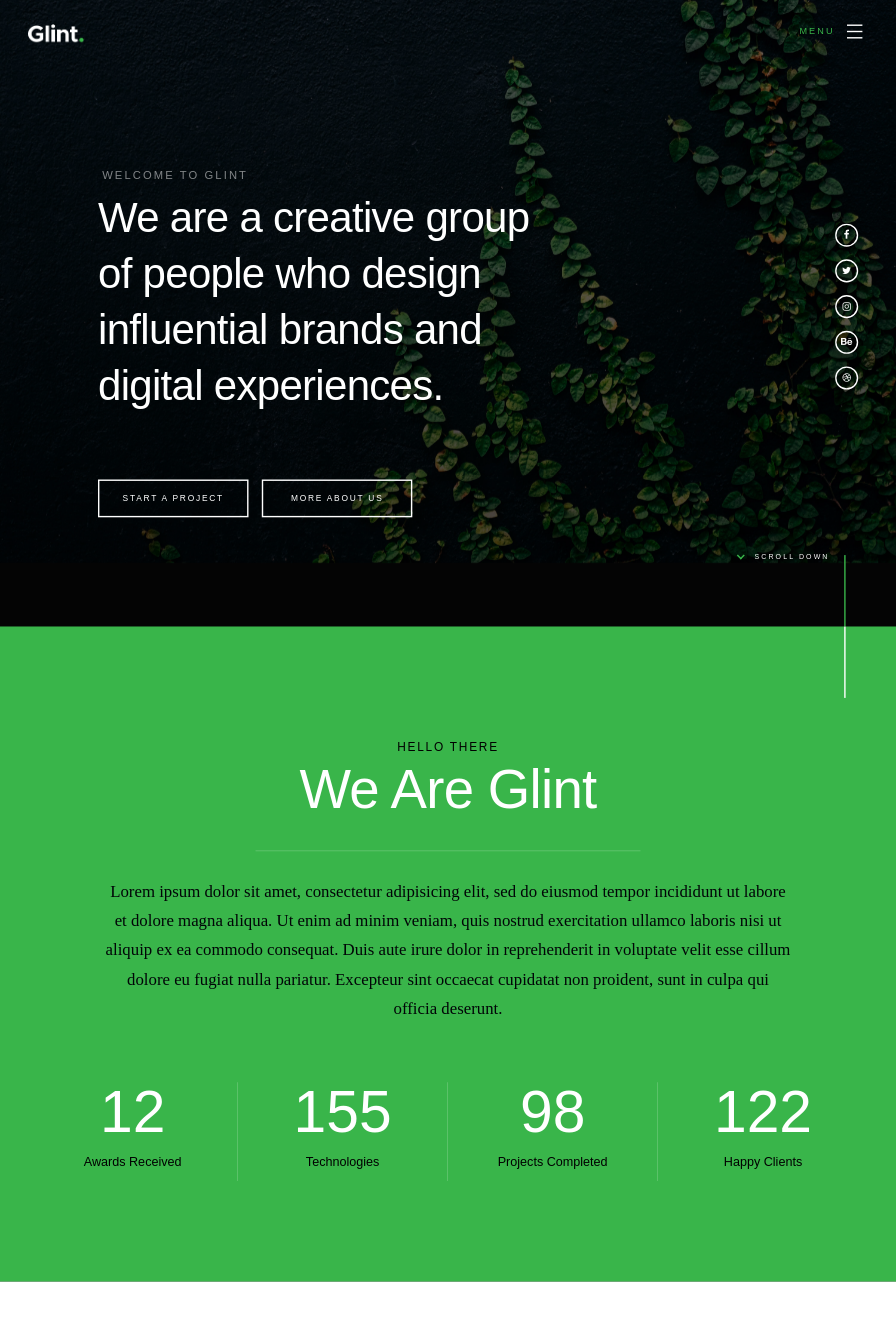
Repository: ahsankalim09/light-Agency
Page: index.html
The author's editor kept a copy of each file at every save. The page is drawn from the files as they stood at one save, then again after the next save.
The browser window is 1280 px wide. The pictures show the part of the page from y = 0 to 1920 px (the page is 8556 px tall), at 70% of full size.
Some web fonts or font styles are not loaded; a fallback is used.

Above is the page before, as saved 2020-12-27 18:46:24.

### index.html
<!DOCTYPE html>
<!--[if lt IE 9 ]><html class="no-js oldie" lang="en"> <![endif]-->
<!--[if IE 9 ]><html class="no-js oldie ie9" lang="en"> <![endif]-->
<!--[if (gte IE 9)|!(IE)]><!-->
<html class="no-js" lang="en">
<!--<![endif]-->

<!-- Mirrored from preview.colorlib.com/theme/glint/ by HTTrack Website Copier/3.x [XR&CO'2014], Sun, 27 Dec 2020 13:01:51 GMT -->
<head>

<meta charset="utf-8">
<title>Glint</title>
<meta name="description" content="">
<meta name="author" content="">

<meta name="viewport" content="width=device-width, initial-scale=1">

<link rel="stylesheet" href="css/base.css">
<link rel="stylesheet" href="css/vendor.css">
<link rel="stylesheet" href="css/main.css">

<script src="js/modernizr.js"></script>
<script src="js/pace.min.js"></script>

<link rel="shortcut icon" href="favicon.ico" type="image/x-icon">
<link rel="icon" href="favicon.ico" type="image/x-icon">
</head>
<body id="top">

<header class="s-header">
<div class="header-logo">
<a class="site-logo" href="index-2.html">
<img src="images/logo.png" alt="Homepage">
</a>
</div>
<nav class="header-nav">
<a href="#0" class="header-nav__close" title="close"><span>Close</span></a>
<div class="header-nav__content">
<h3>Navigation</h3>
<ul class="header-nav__list">
<li class="current"><a class="smoothscroll" href="#home" title="home">Home</a></li>
<li><a class="smoothscroll" href="#about" title="about">About</a></li>
<li><a class="smoothscroll" href="#services" title="services">Services</a></li>
<li><a class="smoothscroll" href="#works" title="works">Works</a></li>
<li><a class="smoothscroll" href="#clients" title="clients">Clients</a></li>
<li><a class="smoothscroll" href="#contact" title="contact">Contact</a></li>
</ul>
<p>Perspiciatis hic praesentium nesciunt. Et neque a dolorum <a href='#0'>voluptatem</a> porro iusto sequi veritatis libero enim. Iusto id suscipit veritatis neque reprehenderit.</p>
<ul class="header-nav__social">
<li>
<a href="#"><i class="fa fa-facebook"></i></a>
</li>
<li>
<a href="#"><i class="fa fa-twitter"></i></a>
</li>
<li>
<a href="#"><i class="fa fa-instagram"></i></a>
</li>
<li>
<a href="#"><i class="fa fa-behance"></i></a>
</li>
<li>
<a href="#"><i class="fa fa-dribbble"></i></a>
</li>
</ul>
</div>
</nav>
<a class="header-menu-toggle" href="#0">
<span class="header-menu-text">Menu</span>
<span class="header-menu-icon"></span>
</a>
</header>

<section id="home" class="s-home target-section" data-parallax="scroll" data-image-src="images/hero-bg.jpg" data-natural-width=3000 data-natural-height=2000 data-position-y=center>
<div class="overlay"></div>
<div class="shadow-overlay"></div>
<div class="home-content">
<div class="row home-content__main">
<h3>Welcome to Glint</h3>
<h1>
We are a creative group <br>
of people who design <br>
influential brands and <br>
digital experiences.
</h1>
<div class="home-content__buttons">
<a href="#contact" class="smoothscroll btn btn--stroke">
Start a Project
</a>
<a href="#about" class="smoothscroll btn btn--stroke">
More About Us
</a>
</div>
</div>
<div class="home-content__scroll">
<a href="#about" class="scroll-link smoothscroll">
<span>Scroll Down</span>
</a>
</div>
<div class="home-content__line"></div>
</div>
<ul class="home-social">
<li>
<a href="#0"><i class="fa fa-facebook" aria-hidden="true"></i><span>Facebook</span></a>
</li>
<li>
<a href="#0"><i class="fa fa-twitter" aria-hidden="true"></i><span>Twiiter</span></a>
</li>
<li>
<a href="#0"><i class="fa fa-instagram" aria-hidden="true"></i><span>Instagram</span></a>
</li>
<li>
<a href="#0"><i class="fa fa-behance" aria-hidden="true"></i><span>Behance</span></a>
</li>
<li>
<a href="#0"><i class="fa fa-dribbble" aria-hidden="true"></i><span>Dribbble</span></a>
</li>
</ul>

</section>

<section id='about' class="s-about">
<div class="row section-header has-bottom-sep" data-aos="fade-up">
<div class="col-full">
<h3 class="subhead subhead--dark">Hello There</h3>
<h1 class="display-1 display-1--light">We Are Glint</h1>
</div>
</div>
<div class="row about-desc" data-aos="fade-up">
<div class="col-full">
<p>
Lorem ipsum dolor sit amet, consectetur adipisicing elit, sed do eiusmod tempor incididunt ut labore et dolore magna aliqua. Ut enim ad minim veniam, quis nostrud exercitation ullamco laboris nisi ut aliquip ex ea commodo consequat. Duis aute irure dolor in reprehenderit in voluptate velit esse cillum dolore eu fugiat nulla pariatur. Excepteur sint occaecat cupidatat non proident, sunt in culpa qui officia deserunt.
</p>
</div>
</div>
<div class="row about-stats stats block-1-4 block-m-1-2 block-mob-full" data-aos="fade-up">
<div class="col-block stats__col ">
<div class="stats__count">12</div>
<h5>Awards Received</h5>
</div>
<div class="col-block stats__col">
<div class="stats__count">155</div>
<h5>Technologies</h5>
</div>
<div class="col-block stats__col">
<div class="stats__count">98</div>
<h5>Projects Completed</h5>
</div>
<div class="col-block stats__col">
<div class="stats__count">122</div>
<h5>Happy Clients</h5>
</div>
</div>
<div class="about__line"></div>
</section>

<section id='services' class="s-services">
<div class="row section-header has-bottom-sep" data-aos="fade-up">
<div class="col-full">
<h3 class="subhead">What We Do</h3>
<h1 class="display-2">We’ve got everything you need to launch and grow your business</h1>
</div>
</div>
<div class="row services-list block-1-2 block-tab-full">
<div class="col-block service-item" data-aos="fade-up">
<div class="service-icon">
<i class="icon-paint-brush"></i>
</div>
<div class="service-text">
<h3 class="h2">Brand Identity</h3>
<p>Nemo cupiditate ab quibusdam quaerat impedit magni. Earum suscipit ipsum laudantium.
Quo delectus est. Maiores voluptas ab sit natus veritatis ut. Debitis nulla cumque veritatis.
Sunt suscipit voluptas ipsa in tempora esse soluta sint.
</p>
</div>
</div>
<div class="col-block service-item" data-aos="fade-up">
<div class="service-icon">
<i class="icon-group"></i>
</div>
<div class="service-text">
<h3 class="h2">Illustration</h3>
<p>Nemo cupiditate ab quibusdam quaerat impedit magni. Earum suscipit ipsum laudantium.
Quo delectus est. Maiores voluptas ab sit natus veritatis ut. Debitis nulla cumque veritatis.
Sunt suscipit voluptas ipsa in tempora esse soluta sint.
</p>
</div>
</div>
<div class="col-block service-item" data-aos="fade-up">
<div class="service-icon">
<i class="icon-megaphone"></i>
</div>
<div class="service-text">
<h3 class="h2">Marketing</h3>
<p>Nemo cupiditate ab quibusdam quaerat impedit magni. Earum suscipit ipsum laudantium.
Quo delectus est. Maiores voluptas ab sit natus veritatis ut. Debitis nulla cumque veritatis.
Sunt suscipit voluptas ipsa in tempora esse soluta sint.
</p>
</div>
</div>
<div class="col-block service-item" data-aos="fade-up">
<div class="service-icon">
<i class="icon-earth"></i>
</div>
<div class="service-text">
<h3 class="h2">Web Design</h3>
<p>Nemo cupiditate ab quibusdam quaerat impedit magni. Earum suscipit ipsum laudantium.
Quo delectus est. Maiores voluptas ab sit natus veritatis ut. Debitis nulla cumque veritatis.
Sunt suscipit voluptas ipsa in tempora esse soluta sint.
</p>
</div>
</div>
<div class="col-block service-item" data-aos="fade-up">
<div class="service-icon">
<i class="icon-cube"></i>
</div>
<div class="service-text">
<h3 class="h2">Packaging Design</h3>
<p>Nemo cupiditate ab quibusdam quaerat impedit magni. Earum suscipit ipsum laudantium.
Quo delectus est. Maiores voluptas ab sit natus veritatis ut. Debitis nulla cumque veritatis.
Sunt suscipit voluptas ipsa in tempora esse soluta sint.
</p>
</div>
</div>
<div class="col-block service-item" data-aos="fade-up">
<div class="service-icon"><i class="icon-lego-block"></i></div>
<div class="service-text">
<h3 class="h2">Web Development</h3>
<p>Nemo cupiditate ab quibusdam quaerat impedit magni. Earum suscipit ipsum laudantium.
Quo delectus est. Maiores voluptas ab sit natus veritatis ut. Debitis nulla cumque veritatis.
Sunt suscipit voluptas ipsa in tempora esse soluta sint.
</p>
</div>
</div>
</div>
</section>

<section id='works' class="s-works">
<div class="intro-wrap">
<div class="row section-header has-bottom-sep light-sep" data-aos="fade-up">
<div class="col-full">
<h3 class="subhead">Recent Works</h3>
<h1 class="display-2 display-2--light">We love what we do, check out some of our latest works</h1>
</div>
</div>
</div>
<div class="row works-content">
<div class="col-full masonry-wrap">
<div class="masonry">
<div class="masonry__brick" data-aos="fade-up">
<div class="item-folio">
<div class="item-folio__thumb">
<a href="images/portfolio/gallery/g-shutterbug.jpg" class="thumb-link" title="Shutterbug" data-size="1050x700">
<img src="images/portfolio/lady-shutterbug.jpg" srcset="images/portfolio/lady-shutterbug.jpg 1x, images/portfolio/lady-shutterbug@2x.jpg 2x" alt="">
</a>
</div>
<div class="item-folio__text">
<h3 class="item-folio__title">
Shutterbug
</h3>
<p class="item-folio__cat">
Branding
</p>
</div>
<a href="https://www.behance.net/" class="item-folio__project-link" title="Project link">
<i class="icon-link"></i>
</a>
<div class="item-folio__caption">
<p>Vero molestiae sed aut natus excepturi. Et tempora numquam. Temporibus iusto quo.Unde dolorem corrupti neque nisi.</p>
</div>
</div>
</div>
<div class="masonry__brick" data-aos="fade-up">
<div class="item-folio">
<div class="item-folio__thumb">
<a href="images/portfolio/gallery/g-woodcraft.jpg" class="thumb-link" title="Woodcraft" data-size="1050x700">
<img src="images/portfolio/woodcraft.jpg" srcset="images/portfolio/woodcraft.jpg 1x, images/portfolio/woodcraft@2x.jpg 2x" alt="">
</a>
</div>
<div class="item-folio__text">
<h3 class="item-folio__title">
Woodcraft
</h3>
<p class="item-folio__cat">
Web Design
</p>
</div>
<a href="https://www.behance.net/" class="item-folio__project-link" title="Project link">
<i class="icon-link"></i>
</a>
<div class="item-folio__caption">
<p>Vero molestiae sed aut natus excepturi. Et tempora numquam. Temporibus iusto quo.Unde dolorem corrupti neque nisi.</p>
</div>
</div>
</div>
<div class="masonry__brick" data-aos="fade-up">
<div class="item-folio">
<div class="item-folio__thumb">
<a href="images/portfolio/gallery/g-beetle.jpg" class="thumb-link" title="The Beetle Car" data-size="1050x700">
<img src="images/portfolio/the-beetle.jpg" srcset="images/portfolio/the-beetle.jpg 1x, images/portfolio/the-beetle@2x.jpg 2x" alt="">
</a>
</div>
<div class="item-folio__text">
<h3 class="item-folio__title">
The Beetle
</h3>
<p class="item-folio__cat">
Web Development
</p>
</div>
<a href="https://www.behance.net/" class="item-folio__project-link" title="Project link">
<i class="icon-link"></i>
</a>
<div class="item-folio__caption">
<p>Vero molestiae sed aut natus excepturi. Et tempora numquam. Temporibus iusto quo.Unde dolorem corrupti neque nisi.</p>
</div>
</div>
</div>
<div class="masonry__brick" data-aos="fade-up">
<div class="item-folio">
<div class="item-folio__thumb">
<a href="images/portfolio/gallery/g-grow-green.jpg" class="thumb-link" title="Grow Green" data-size="1050x700">
<img src="images/portfolio/grow-green.jpg" srcset="images/portfolio/grow-green.jpg 1x, images/portfolio/grow-green@2x.jpg 2x" alt="">
</a>
</div>
<div class="item-folio__text">
<h3 class="item-folio__title">
Grow Green
</h3>
<p class="item-folio__cat">
Branding
</p>
</div>
<a href="https://www.behance.net/" class="item-folio__project-link" title="Project link">
<i class="icon-link"></i>
</a>
<div class="item-folio__caption">
<p>Vero molestiae sed aut natus excepturi. Et tempora numquam. Temporibus iusto quo.Unde dolorem corrupti neque nisi.</p>
</div>
</div>
</div>
<div class="masonry__brick" data-aos="fade-up">
<div class="item-folio">
<div class="item-folio__thumb">
<a href="images/portfolio/gallery/g-guitarist.jpg" class="thumb-link" title="Guitarist" data-size="1050x700">
<img src="images/portfolio/guitarist.jpg" srcset="images/portfolio/guitarist.jpg 1x, images/portfolio/guitarist@2x.jpg 2x" alt="">
</a>
</div>
<div class="item-folio__text">
<h3 class="item-folio__title">
Guitarist
</h3>
<p class="item-folio__cat">
Web Design
</p>
</div>
<a href="https://www.behance.net/" class="item-folio__project-link" title="Project link">
<i class="icon-link"></i>
</a>
<div class="item-folio__caption">
<p>Vero molestiae sed aut natus excepturi. Et tempora numquam. Temporibus iusto quo.Unde dolorem corrupti neque nisi.</p>
</div>
</div>
</div>
<div class="masonry__brick" data-aos="fade-up">
<div class="item-folio">
<div class="item-folio__thumb">
<a href="images/portfolio/gallery/g-palmeira.jpg" class="thumb-link" title="Palmeira" data-size="1050x700">
<img src="images/portfolio/palmeira.jpg" srcset="images/portfolio/palmeira.jpg 1x, images/portfolio/palmeira@2x.jpg 2x" alt="">
 </a>
</div>
<div class="item-folio__text">
<h3 class="item-folio__title">
Palmeira
</h3>
<p class="item-folio__cat">
Web Design
</p>
</div>
<a href="https://www.behance.net/" class="item-folio__project-link" title="Project link">
<i class="icon-link"></i>
</a>
<div class="item-folio__caption">
<p>Vero molestiae sed aut natus excepturi. Et tempora numquam. Temporibus iusto quo.Unde dolorem corrupti neque nisi.</p>
</div>
</div>
</div>
</div>
</div>
</div>
</section>

<section id="clients" class="s-clients">
<div class="row section-header" data-aos="fade-up">
<div class="col-full">
<h3 class="subhead">Our Clients</h3>
<h1 class="display-2">Glint has been honored to
partner up with these clients</h1>
</div>
</div>
<div class="row clients-outer" data-aos="fade-up">
<div class="col-full">
<div class="clients">
<a href="#0" title="" class="clients__slide"><img src="images/clients/apple.png" /></a>
<a href="#0" title="" class="clients__slide"><img src="images/clients/atom.png" /></a>
<a href="#0" title="" class="clients__slide"><img src="images/clients/blackberry.png" /></a>
<a href="#0" title="" class="clients__slide"><img src="images/clients/dropbox.png" /></a>
<a href="#0" title="" class="clients__slide"><img src="images/clients/envato.png" /></a>
<a href="#0" title="" class="clients__slide"><img src="images/clients/firefox.png" /></a>
<a href="#0" title="" class="clients__slide"><img src="images/clients/joomla.png" /></a>
<a href="#0" title="" class="clients__slide"><img src="images/clients/magento.png" /></a>
</div>
</div>
</div>
<div class="row clients-testimonials" data-aos="fade-up">
<div class="col-full">
<div class="testimonials">
<div class="testimonials__slide">
<p>Qui ipsam temporibus quisquam vel. Maiores eos cumque distinctio nam accusantium ipsum.
Laudantium quia consequatur molestias delectus culpa facere hic dolores aperiam. Accusantium quos qui praesentium corpori.
Excepturi nam cupiditate culpa doloremque deleniti repellat.</p>
<img src="images/avatars/user-01.jpg" alt="Author image" class="testimonials__avatar">
<div class="testimonials__info">
<span class="testimonials__name">Tim Cook</span>
<span class="testimonials__pos">CEO, Apple</span>
</div>
</div>
<div class="testimonials__slide">
<p>Excepturi nam cupiditate culpa doloremque deleniti repellat. Veniam quos repellat voluptas animi adipisci.
Nisi eaque consequatur. Quasi voluptas eius distinctio. Atque eos maxime. Qui ipsam temporibus quisquam vel.</p>
<img src="images/avatars/user-05.jpg" alt="Author image" class="testimonials__avatar">
<div class="testimonials__info">
<span class="testimonials__name">Sundar Pichai</span>
<span class="testimonials__pos">CEO, Google</span>
</div>
</div>
<div class="testimonials__slide">
<p>Repellat dignissimos libero. Qui sed at corrupti expedita voluptas odit. Nihil ea quia nesciunt. Ducimus aut sed ipsam.
Autem eaque officia cum exercitationem sunt voluptatum accusamus. Quasi voluptas eius distinctio.</p>
<img src="images/avatars/user-02.jpg" alt="Author image" class="testimonials__avatar">
<div class="testimonials__info">
<span class="testimonials__name">Satya Nadella</span>
<span class="testimonials__pos">CEO, Microsoft</span>
</div>
</div>
</div>
</div>
</div>
</section>

<section id="contact" class="s-contact">
<div class="overlay"></div>
<div class="contact__line"></div>
<div class="row section-header" data-aos="fade-up">
<div class="col-full">
<h3 class="subhead">Contact Us</h3>
<h1 class="display-2 display-2--light">Reach out for a new project or just say hello</h1>
</div>
</div>
<div class="row contact-content" data-aos="fade-up">
<div class="contact-primary">
<h3 class="h6">Send Us A Message</h3>
<form name="contactForm" id="contactForm" method="post" action="#" novalidate="novalidate">
<fieldset>
<div class="form-field">
<input name="contactName" type="text" id="contactName" placeholder="Your Name" value="" minlength="2" required="" aria-required="true" class="full-width">
</div>
<div class="form-field">
<input name="contactEmail" type="email" id="contactEmail" placeholder="Your Email" value="" required="" aria-required="true" class="full-width">
</div>
<div class="form-field">
<input name="contactSubject" type="text" id="contactSubject" placeholder="Subject" value="" class="full-width">
</div>
<div class="form-field">
<textarea name="contactMessage" id="contactMessage" placeholder="Your Message" rows="10" cols="50" required="" aria-required="true" class="full-width"></textarea>
</div>
<div class="form-field">
<button class="full-width btn--primary">Submit</button>
<div class="submit-loader">
<div class="text-loader">Sending...</div>
<div class="s-loader">
<div class="bounce1"></div>
<div class="bounce2"></div>
<div class="bounce3"></div>
</div>
</div>
</div>
</fieldset>
</form>

<div class="message-warning">
Something went wrong. Please try again.
</div>

 <div class="message-success">
Your message was sent, thank you!<br>
</div>
</div>
<div class="contact-secondary">
<div class="contact-info">
<h3 class="h6 hide-on-fullwidth">Contact Info</h3>
<div class="cinfo">
<h5>Where to Find Us</h5>
<p>
1600 Amphitheatre Parkway<br>
Mountain View, CA<br>
94043 US
</p>
</div>
<div class="cinfo">
<h5>Email Us At</h5>
<p>
<a href="https://preview.colorlib.com/cdn-cgi/l/email-protection" class="__cf_email__" data-cfemail="15767a7b617476615572797c7b61667c61703b767a78">[email&#160;protected]</a><br>
<a href="https://preview.colorlib.com/cdn-cgi/l/email-protection" class="__cf_email__" data-cfemail="4e272028210e292227203a3d273a2b602d2123">[email&#160;protected]</a>
</p>
</div>
<div class="cinfo">
<h5>Call Us At</h5>
<p>
Phone: (+63) 555 1212<br>
Mobile: (+63) 555 0100<br>
Fax: (+63) 555 0101
</p>
</div>
<ul class="contact-social">
<li>
<a href="#"><i class="fa fa-facebook" aria-hidden="true"></i></a>
</li>
<li>
<a href="#"><i class="fa fa-twitter" aria-hidden="true"></i></a>
</li>
<li>
<a href="#"><i class="fa fa-instagram" aria-hidden="true"></i></a>
</li>
<li>
<a href="#"><i class="fa fa-behance" aria-hidden="true"></i></a>
</li>
<li>
<a href="#"><i class="fa fa-dribbble" aria-hidden="true"></i></a>
</li>
</ul>
</div>
</div>
</div>
</section>

<footer>
<div class="row footer-main">
<div class="col-six tab-full left footer-desc">
<div class="footer-logo"></div>
Proin eget tortor risus. Mauris blandit aliquet elit, eget tincidunt nibh pulvinar a. Praesent sapien massa, convallis a pellentesque nec, egestas non nisi. Mauris blandit aliquet elit, eget tincidunt nibh pulvinar a. Nulla porttitor accumsan tincidunt. Nulla porttitor accumsan tincidunt. Quaerat voluptas autem necessitatibus vitae aut.
</div>
<div class="col-six tab-full right footer-subscribe">
<h4>Get Notified</h4>
<p>Quia quo qui sed odit. Quaerat voluptas autem necessitatibus vitae aut non alias sed quia. Ut itaque enim optio ut excepturi deserunt iusto porro.</p>
<div class="subscribe-form">
<form id="mc-form" class="group" novalidate="true">
<input type="email" value="" name="EMAIL" class="email" id="mc-email" placeholder="Email Address" required="">
<input type="submit" name="subscribe" value="Subscribe">
<label for="mc-email" class="subscribe-message"></label>
</form>
</div>
</div>
</div>
<div class="row footer-bottom">
<div class="col-twelve">
<div class="copyright">
<span>© Copyright Glint 2017</span>
<span>Site Template by <a href="https://www.colorlib.com/">Colorlib</a></span>
</div>
<div class="go-top">
<a class="smoothscroll" title="Back to Top" href="#top"><i class="icon-arrow-up" aria-hidden="true"></i></a>
</div>
</div>
</div>
</footer>

<div aria-hidden="true" class="pswp" role="dialog" tabindex="-1">
<div class="pswp__bg"></div>
<div class="pswp__scroll-wrap">
<div class="pswp__container">
<div class="pswp__item"></div>
<div class="pswp__item"></div>
<div class="pswp__item"></div>
</div>
<div class="pswp__ui pswp__ui--hidden">
<div class="pswp__top-bar">
<div class="pswp__counter"></div><button class="pswp__button pswp__button--close" title="Close (Esc)"></button> <button class="pswp__button pswp__button--share" title="Share"></button> <button class="pswp__button pswp__button--fs" title="Toggle fullscreen"></button> <button class="pswp__button pswp__button--zoom" title="Zoom in/out"></button>
<div class="pswp__preloader">
<div class="pswp__preloader__icn">
<div class="pswp__preloader__cut">
<div class="pswp__preloader__donut"></div>
</div>
</div>
</div>
</div>
<div class="pswp__share-modal pswp__share-modal--hidden pswp__single-tap">
<div class="pswp__share-tooltip"></div>
</div><button class="pswp__button pswp__button--arrow--left" title="Previous (arrow left)"></button> <button class="pswp__button pswp__button--arrow--right" title="Next (arrow right)"></button>
<div class="pswp__caption">
<div class="pswp__caption__center"></div>
</div>
</div>
</div>
</div>

<div id="preloader">
<div id="loader">
<div class="line-scale-pulse-out">
<div></div>
<div></div>
<div></div>
<div></div>
<div></div>
</div>
</div>
</div>

<script data-cfasync="false" src="../../cdn-cgi/scripts/5c5dd728/cloudflare-static/email-decode.min.js"></script><script src="js/jquery-3.2.1.min.js"></script>
<script src="js/plugins.js"></script>
<script src="js/main.js"></script>
</body>

<!-- Mirrored from preview.colorlib.com/theme/glint/ by HTTrack Website Copier/3.x [XR&CO'2014], Sun, 27 Dec 2020 13:02:02 GMT -->
</html>

Loaded but not shown: css/base.css (library); css/vendor.css (library); css/main.css (library); js/modernizr.js (library); js/pace.min.js (library); css/font-awesome/css/font-awesome.min.css (library); css/micons/micons.css (library); js/jquery-3.2.1.min.js (library); js/plugins.js (library); js/main.js (library)

After the next save:
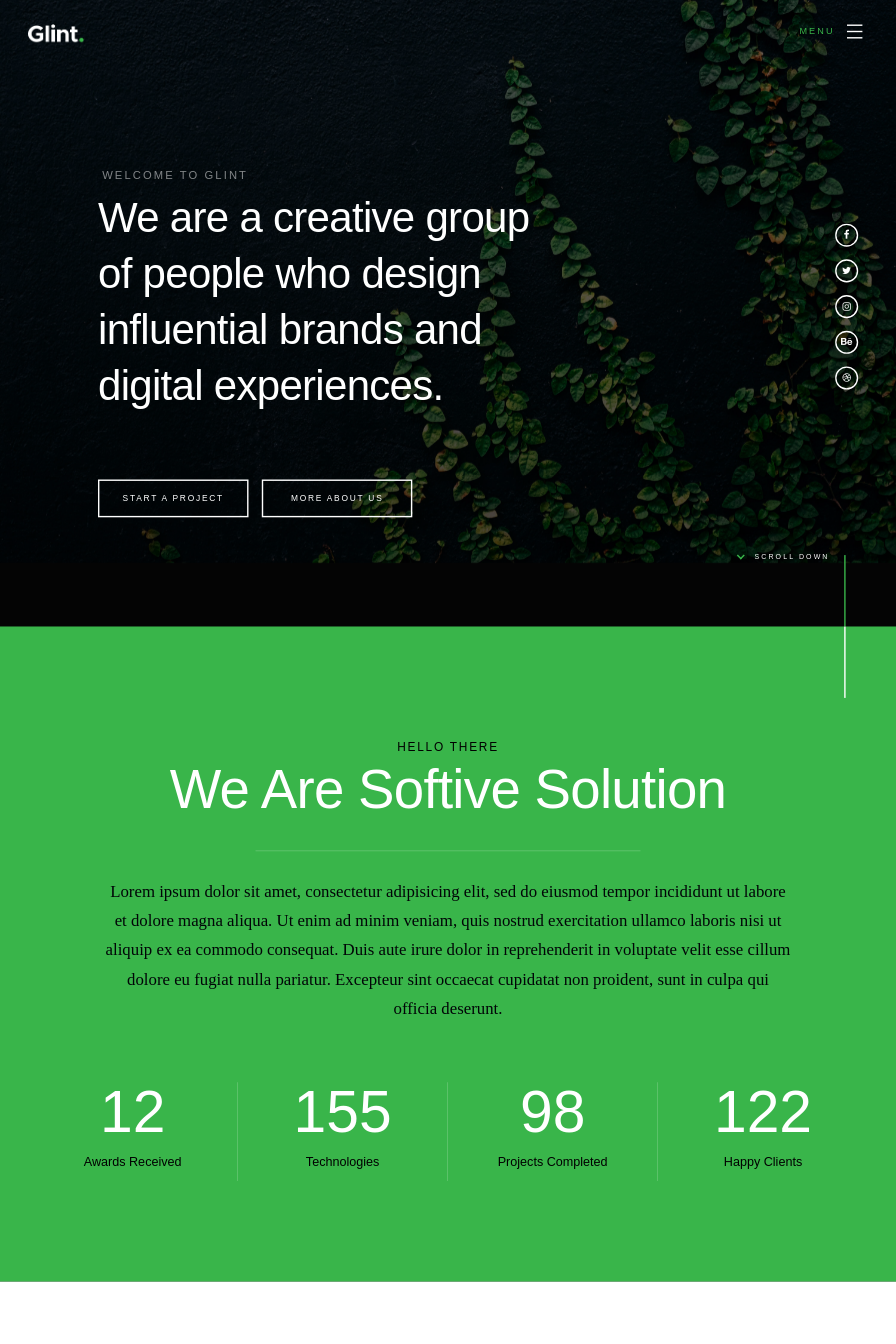
Saved 46 s later.
--- a/index.html
+++ b/index.html
@@ -123,7 +123,7 @@ More About Us
 <div class="row section-header has-bottom-sep" data-aos="fade-up">
 <div class="col-full">
 <h3 class="subhead subhead--dark">Hello There</h3>
-<h1 class="display-1 display-1--light">We Are Glint</h1>
+<h1 class="display-1 display-1--light">We Are Softive Solution</h1>
 </div>
 </div>
 <div class="row about-desc" data-aos="fade-up">
